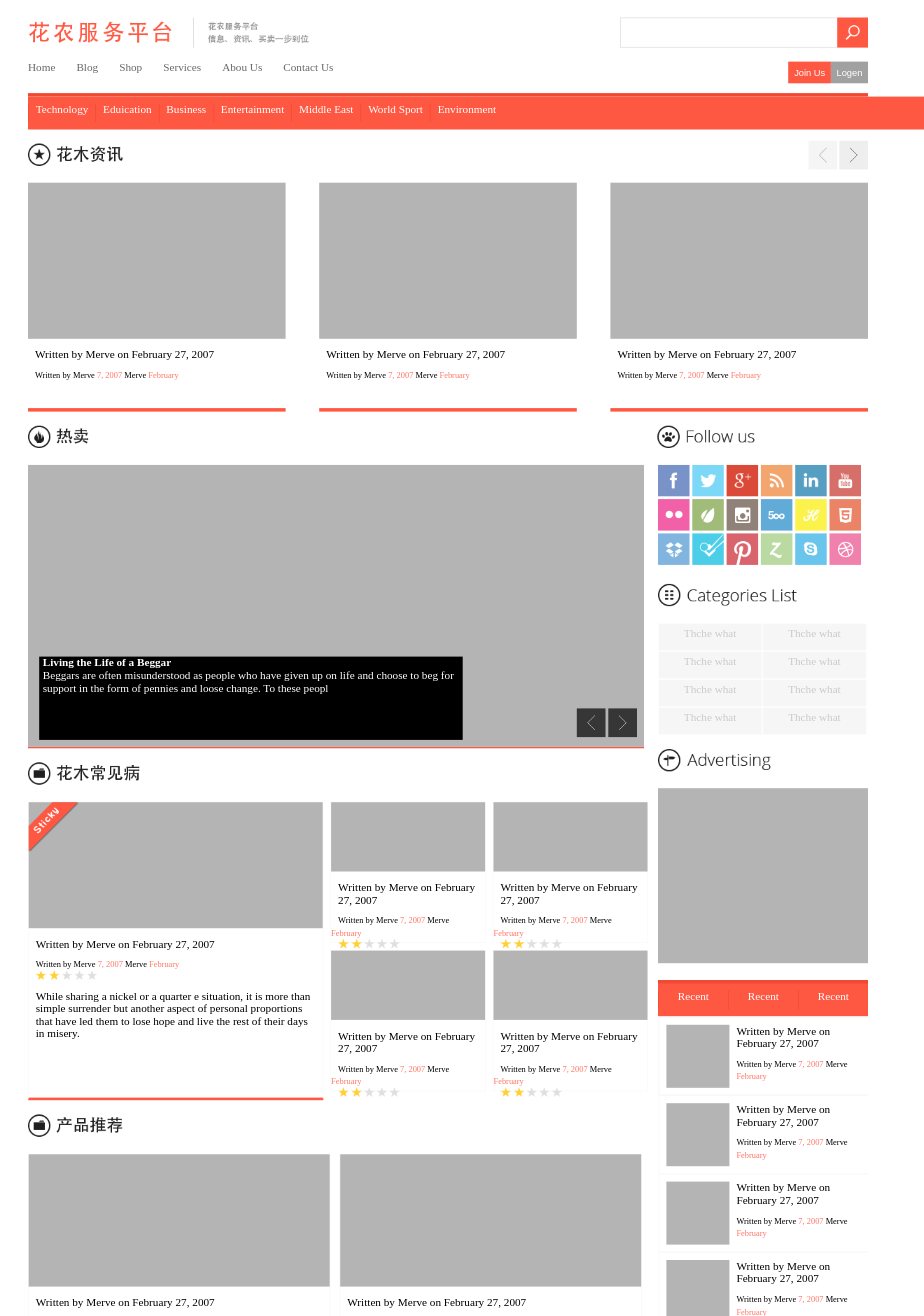
Repository: whathappentome/shoppingMall
Page: try_one.html
An editor plug-in stored every save of this project. The page is shown before and after the next save, followed by the edit.
The browser window is 1280 px wide. The page is 1320 px wide, then 1280 px, so the pictures cover 1320 px, including what lies to the right of the window. The pictures show the part of the page from y = 0 to 1880 px (the page is 3825 px tall before and 3872 px after), at 70% of full size.

Above is the page before, as saved 2017-02-28 10:26:58.

After the next save:
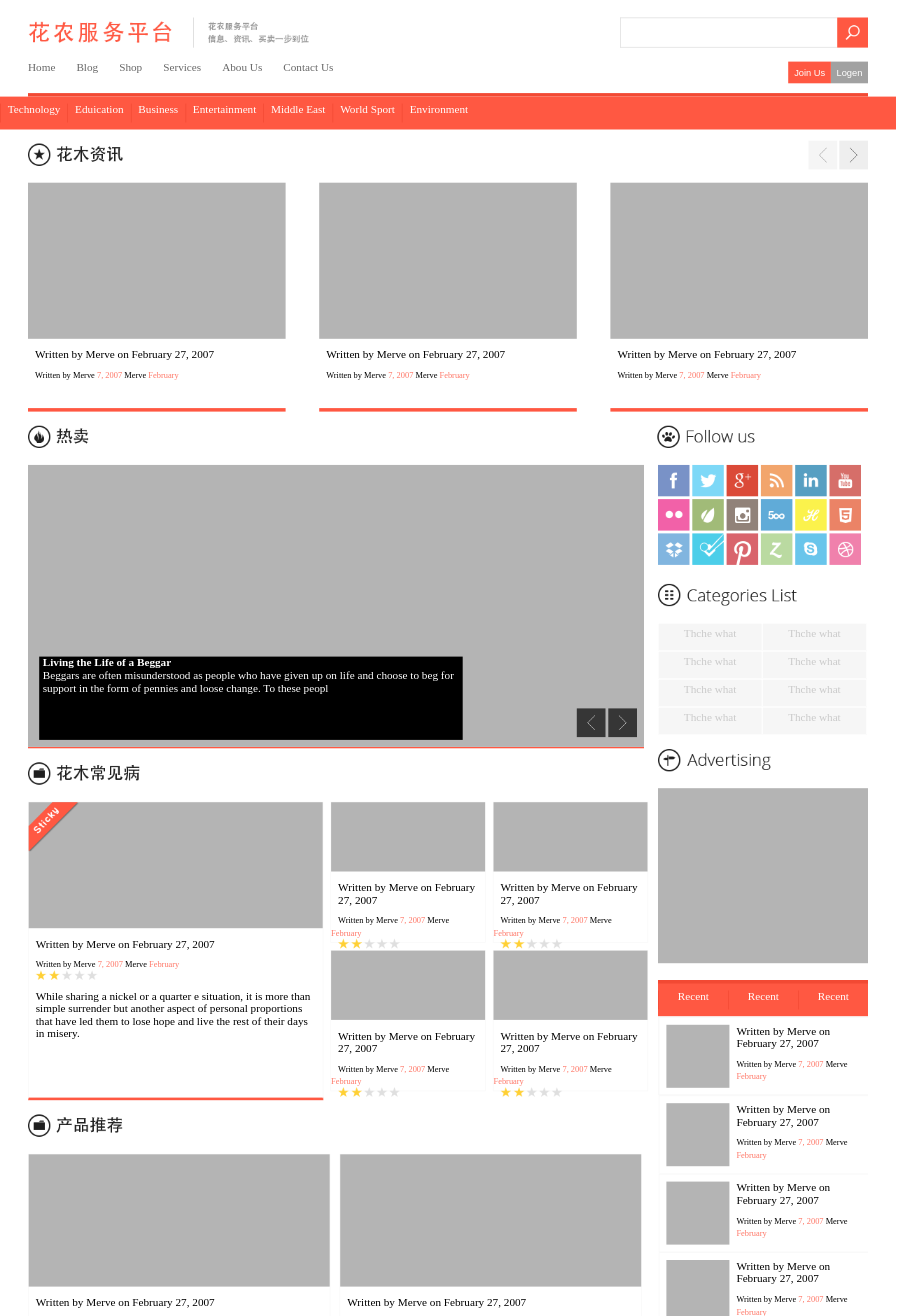
Saved 43 s later.
--- a/try_one.html
+++ b/try_one.html
@@ -27,32 +27,33 @@
 			</div>
 		</div>
 	</div>
+	<div class="head_4">
+			<div class="head_4_4">
+				<div class="head_4_3">
+					<p class="head_4_1">Technology</p>
+				</div>
+				<div class="head_4_3">
+					<p class="head_4_1">Eduication</p>
+				</div>
+				<div class="head_4_3">
+					<p class="head_4_1">Business</p>
+				</div>
+				<div class="head_4_3">
+					<p class="head_4_1">Entertainment</p>
+				</div>
+				<div class="head_4_3">
+					<p class="head_4_1">Middle East</p>
+				</div>
+				<div class="head_4_3">
+					<p class="head_4_1">World Sport</p>
+				</div>
+				<div class="head_4_3">
+					<p class="head_4_1">Environment</p>
+				</div>
+			</div>
+		</div>
 	<div class="all">
-		<div class="head_4">
-			<div class="head_4_4">
-				<div class="head_4_3">
-					<p class="head_4_1">Technology</p>
-				</div>
-				<div class="head_4_3">
-					<p class="head_4_1">Eduication</p>
-				</div>
-				<div class="head_4_3">
-					<p class="head_4_1">Business</p>
-				</div>
-				<div class="head_4_3">
-					<p class="head_4_1">Entertainment</p>
-				</div>
-				<div class="head_4_3">
-					<p class="head_4_1">Middle East</p>
-				</div>
-				<div class="head_4_3">
-					<p class="head_4_1">World Sport</p>
-				</div>
-				<div class="head_4_3">
-					<p class="head_4_1">Environment</p>
-				</div>
-			</div>
-		</div>
+
 		<div class="move">
 			<img src="img/01_home_page(magazine)_03.png" />
 			<img src="img/01_55_03.png" class="move_1" onmouseover="this.src='img/01_55_03.png'" onmouseout="this.src='img/01_55_03.png'"
